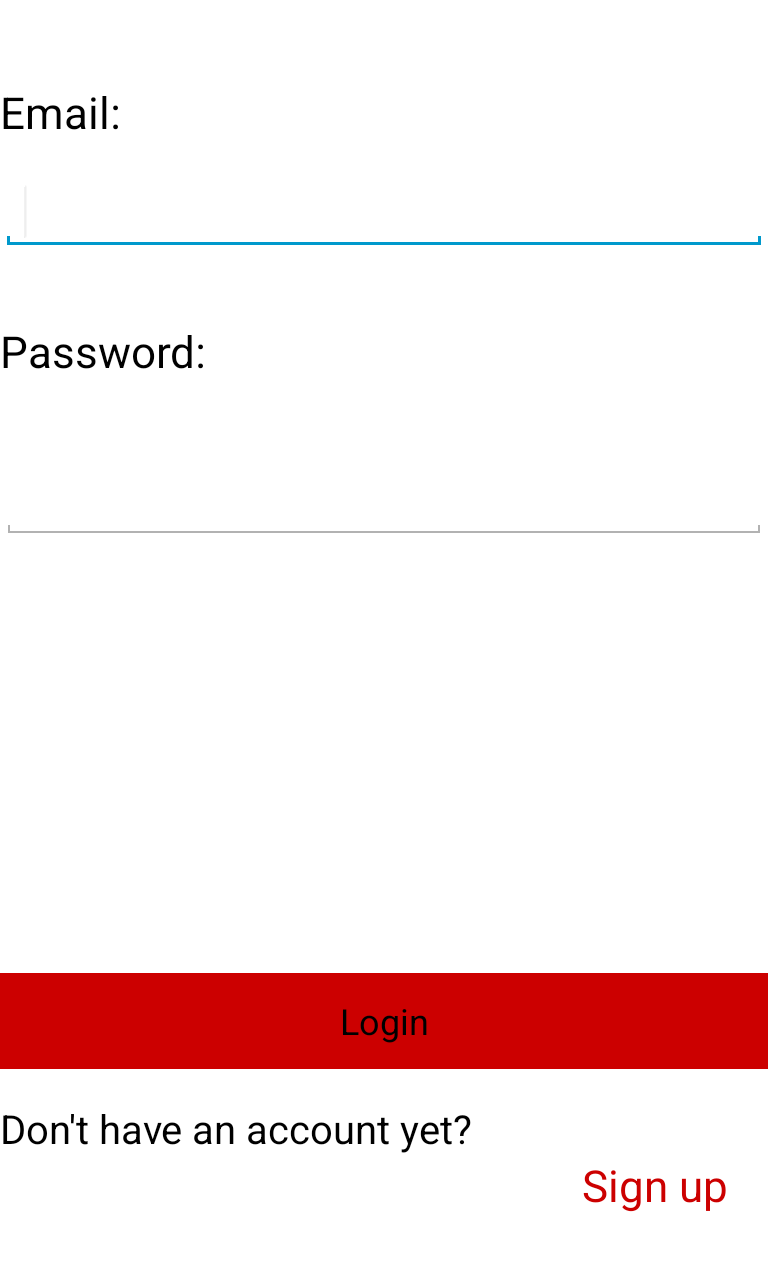
Repository: erwasambo/greendevelopment
Layout: GreenDevelopment/NASCuisine/res/layout/login.xml
An editor plug-in stored every save of this project. The layout is shown before and after the next save, followed by the edit.
It is drawn on a 768 x 1280 px phone screen (xhdpi) without system bars, with theme AppTheme; the app's code is not run.

Above is the layout before, as saved 2013-12-03 01:45:37.

After the next save:
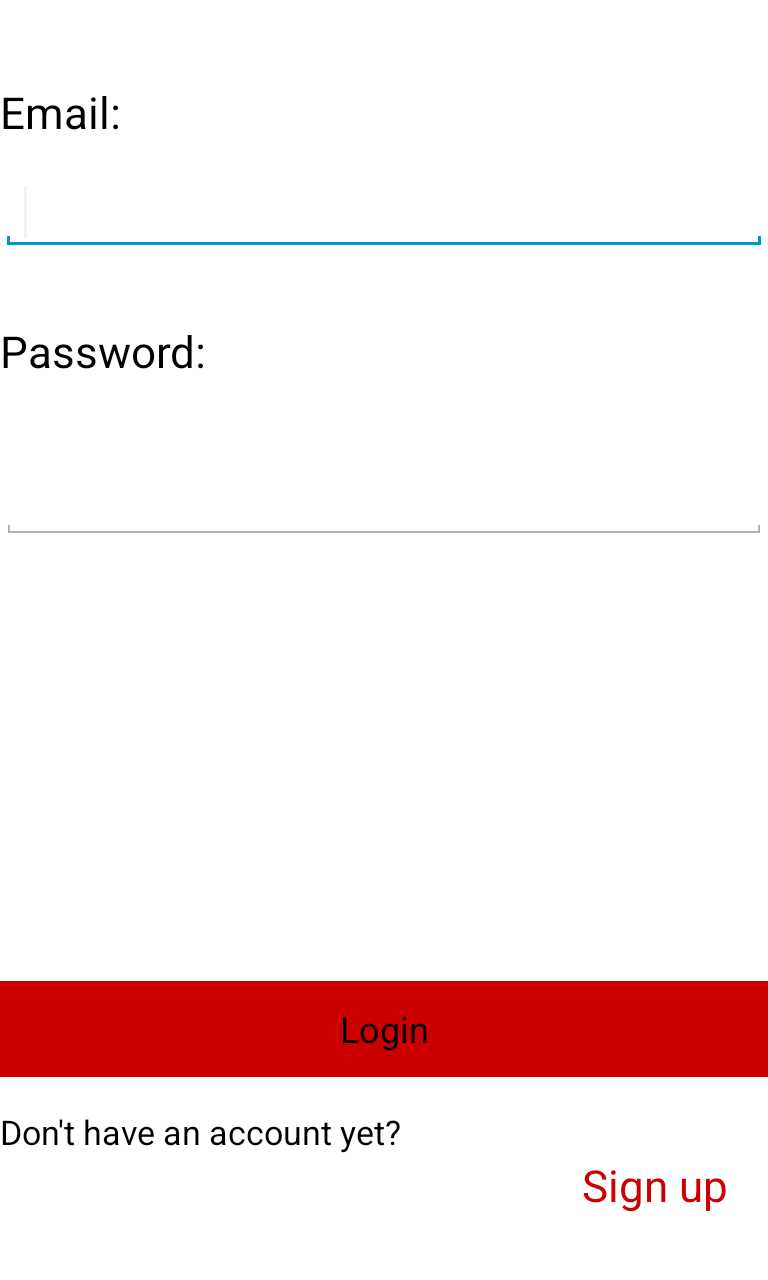
Saved 16 s later.
--- a/GreenDevelopment/NASCuisine/res/layout/login.xml
+++ b/GreenDevelopment/NASCuisine/res/layout/login.xml
@@ -65,7 +65,7 @@
         android:layout_above="@+id/tvLinkToRegisterScreen"
         android:layout_alignParentLeft="true"
         android:text="@string/donthaveacc"
-        android:textSize="20sp"
+        android:textSize="17sp"
         android:textAppearance="?android:attr/textAppearanceLarge" />
 
     <TextView
